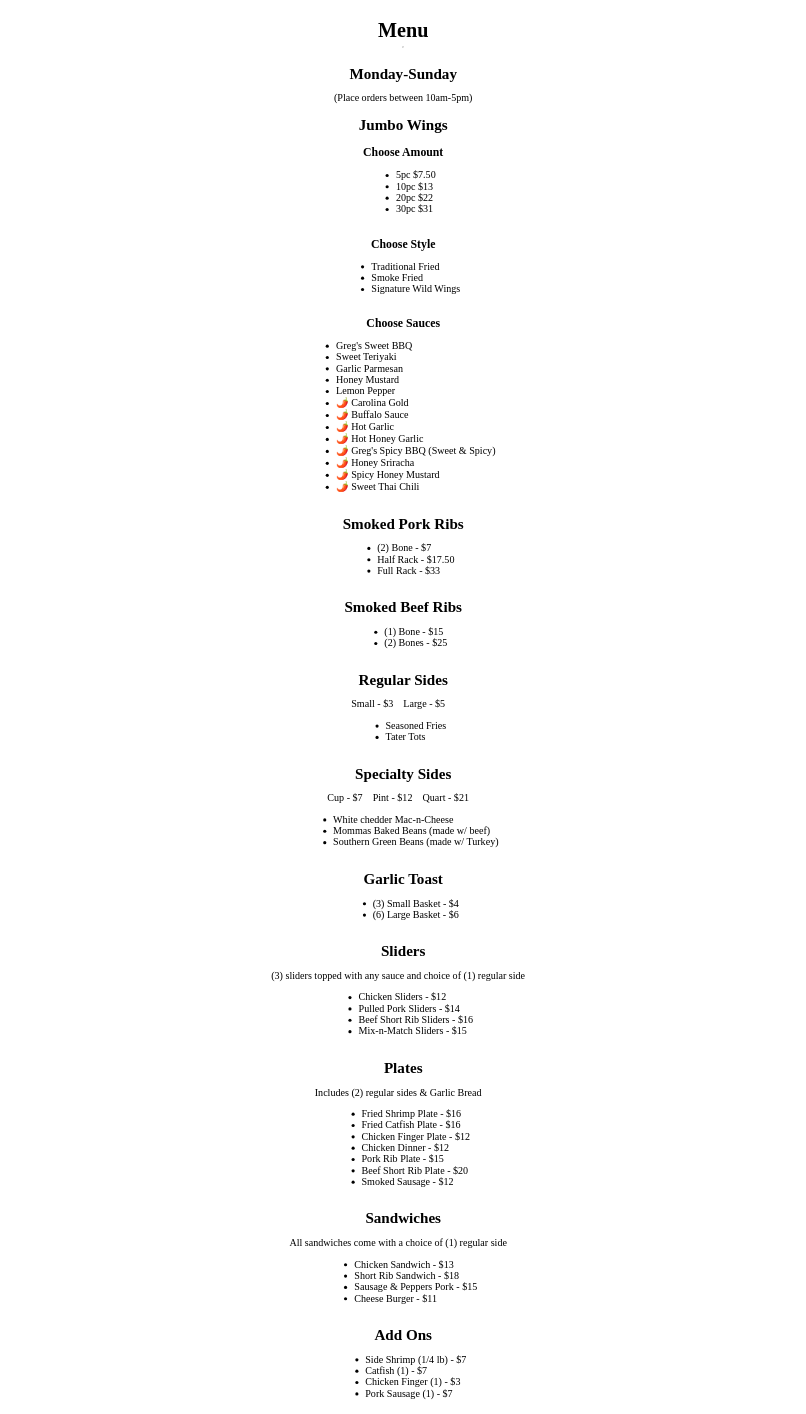
Repository: dukedward/smokehousemenu
Page: index.html
An editor plug-in stored every save of this project. The page is shown before and after the next save, followed by the edit.
The browser window is 1280 px wide. The pictures show the whole page, at 63% of full size.

Above is the page before, as saved 2023-02-28 14:48:34.

### index.html
<!DOCTYPE html>
<html lang="en">
<head>
    <meta charset="UTF-8">
    <meta http-equiv="X-UA-Compatible" content="IE=edge">
    <meta name="viewport" content="wilih=device-wilih, initial-scale=1.0">
    <link rel="stylesheet" href="style.css" />
    <title>Small Plates</title>
</head>
<body>
    <div class="title">
        <h1>Menu</h1>
        <hr>
        <h2>Monday-Sunday</h2>
        <p>(Place orders between 10am-5pm)</p>
    </div>
    <div class="sections">
        <div class="sect">
            <h2>Jumbo Wings</h2>
            <div class="sub-sect">
                <h3>Choose Amount</h3>
                <ul>
                    <li>5pc $7.50</li>
                    <li>10pc $13</li>
                    <li>20pc $22</li>
                    <li>30pc $31</li>
                </ul>
            </div>
            <div class="sub-sect">
                <h3>Choose Style</h3>
                <ul>
                    <li>Traditional Fried</li>
                    <li>Smoke Fried</li>
                    <li>Signature Wild Wings</li>
                </ul>
            </div>
            <div class="sub-sect">
                <h3>Choose Sauces</h2>
                <ul>
                    <li>Greg's Sweet BBQ</li>
                    <li>Sweet Teriyaki</li>
                    <li>Garlic Parmesan</li>
                    <li>Honey Mustard</li>
                    <li>Lemon Pepper</li>
                    <li>🌶️ Carolina Gold</li>
                    <li>🌶️ Buffalo Sauce</li>
                    <li>🌶️ Hot Garlic</li>
                    <li>🌶️ Hot Honey Garlic</li>
                    <li>🌶️ Greg's Spicy BBQ (Sweet & Spicy)</li>
                    <li>🌶️ Honey Sriracha</li>
                    <li>🌶️ Spicy Honey Mustard</li>
                    <li>🌶️ Sweet Thai Chili</li>
                </ul>
            </div>
        </div>
        <div class="sect">
            <h2>Smoked Pork Ribs</h2>
            <ul>
                <li>(2) Bone - $7</li>
                <li>Half Rack - $17.50</li>
                <li>Full Rack - $33</li>
            </ul>
        </div>
        <div class="sect">
            <h2>Smoked Beef Ribs</h2>
            <ul>
                <li>(1) Bone - $15</li>
                <li>(2) Bones - $25</li>
            </ul>
        </div>
        <div class="sect">
            <h2>Regular Sides</h2>
            <div class="desc">
                <p>Small - $3</p>
                <p>Large - $5</p>
            </div>
            <ul>
                <li>Seasoned Fries</li>
                <li>Tater Tots</li>
            </ul>
        </div>
        <div class="sect">
            <h2>Specialty Sides</h2>
            <div class="desc">
                <p>Cup - $7</p>
                <p>Pint - $12</p>
                <p>Quart - $21</p>
            </div>
            <ul>
                <li>White chedder Mac-n-Cheese</li>
                <li>Mommas Baked Beans (made w/ beef)</li>
                <li>Southern Green Beans (made w/ Turkey)</li>
            </ul>
        </div>
        <div class="sect">
            <h2>Garlic Toast</h2>
            <ul>
                <li>(3) Small Basket - $4</li>
                <li>(6) Large Basket - $6</li>
            </ul>
        </div>
        <div class="sect">
            <h2>Sliders</h2>
            <div class="desc">
                <p>(3) sliders topped with any sauce and choice of (1) regular side</p>
            </div>
            <ul>
                <li>Chicken Sliders - $12</li>
                <li>Pulled Pork Sliders - $14</li>
                <li>Beef Short Rib Sliders - $16</li>
                <li>Mix-n-Match Sliders - $15</li>
            </ul>
        </div>
        <div class="sect">
            <h2>Plates</h2>
            <div class="desc">
                <p>Includes (2) regular sides & Garlic Bread</p>
            </div>
            <ul>
                <li>Fried Shrimp Plate - $16</li>
                <li>Fried Catfish Plate - $16</li>
                <li>Chicken Finger Plate - $12</li>
                <li>Chicken Dinner - $12</li>
                <li>Pork Rib Plate - $15</li>
                <li>Beef Short Rib Plate - $20</li>
                <li>Smoked Sausage - $12</li>
            </ul>
        </div>
        <div class="sect">
            <h2>Sandwiches</h2>
            <div class="desc">
                <p>All sandwiches come with a choice of (1) regular side</p>
            </div>
            <ul>
                <li>Chicken Sandwich - $13</li>
                <li>Short Rib Sandwich - $18</li>
                <li>Sausage & Peppers Pork - $15</li>
                <li>Cheese Burger - $11</li>
            </ul>
        </div>
        <div class="sect">
            <h2>Add Ons</h2>
            <ul>
                <li>Side Shrimp (1/4 lb) - $7</li>
                <li>Catfish (1) - $7</li>
                <li>Chicken Finger (1) - $3</li>
                <li>Pork Sausage (1) - $7</li>
            </ul>
        </div>
    </div>
</body>
</html>

### style.css
/* * {
	margin: 0;
	padding: 0;
} */

.title {
	display: flex;
	flex-direction: column;
	justify-content: center;
	align-items: center;
}

.title h1,h2,p {
    margin-bottom: 0;
}

.sections {
	display: grid;
	/* display: flex; */
	/* justify-content: center; */
	/* align-items: center; */
}

.sect, .sub-sect {
	display: flex;
	flex-direction: column;
	justify-content: center;
	align-items: center;
}

.sect h2,h3 {
    margin-bottom: 0;
}

.desc {
    display: flex;
    flex-direction: row;
    justify-content: space-between;
}

.desc p {
    padding-right: 1rem;
}

dt {
    font-size: medium;
    font-weight: bold;
}

dd {
    margin-bottom: 1rem;
}

After the next save:
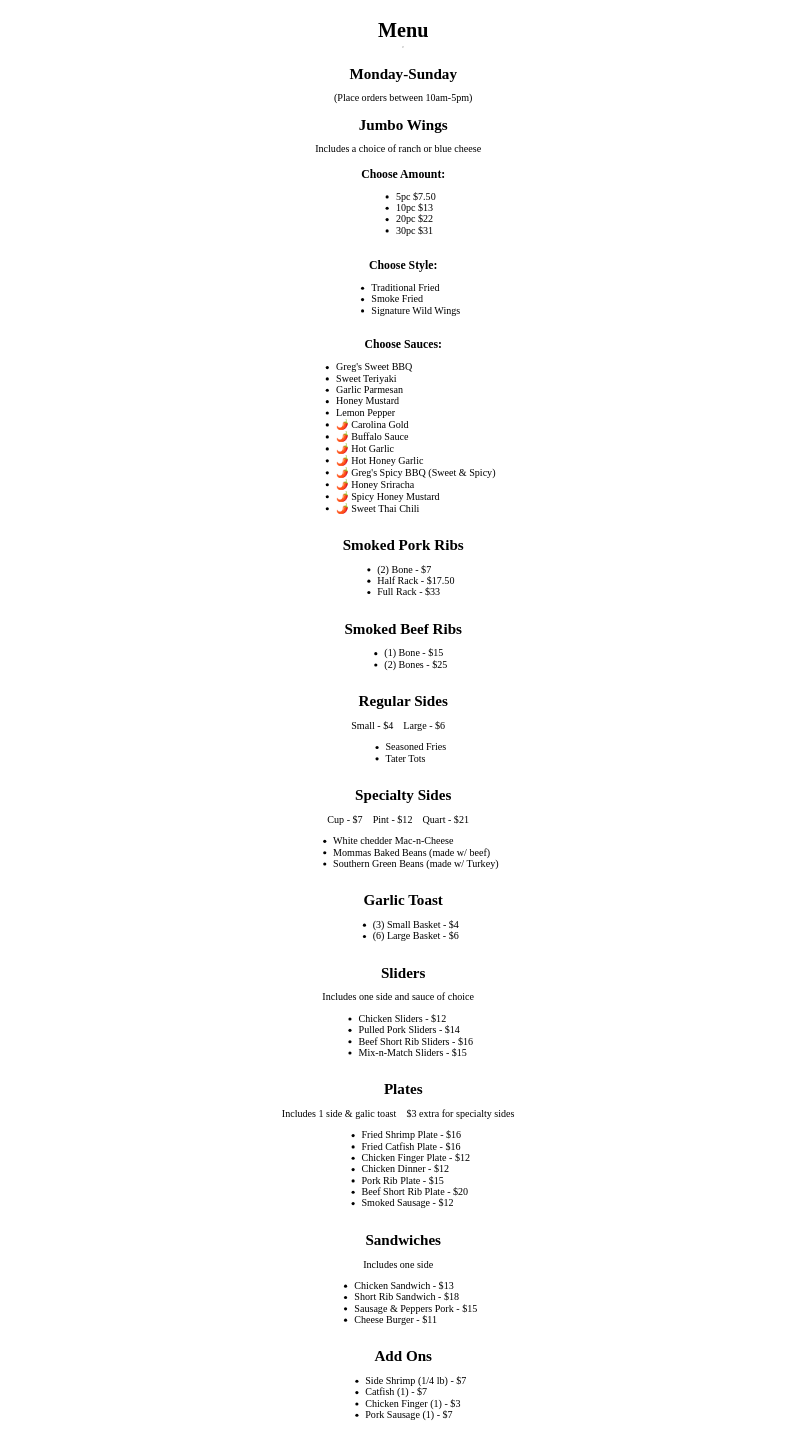
Saved 5 min 43 s later.
--- a/index.html
+++ b/index.html
@@ -17,8 +17,11 @@
     <div class="sections">
         <div class="sect">
             <h2>Jumbo Wings</h2>
+            <div class="desc">
+                <p>Includes a choice of ranch or blue cheese</p>
+            </div>
             <div class="sub-sect">
-                <h3>Choose Amount</h3>
+                <h3>Choose Amount:</h3>
                 <ul>
                     <li>5pc $7.50</li>
                     <li>10pc $13</li>
@@ -27,7 +30,7 @@
                 </ul>
             </div>
             <div class="sub-sect">
-                <h3>Choose Style</h3>
+                <h3>Choose Style:</h3>
                 <ul>
                     <li>Traditional Fried</li>
                     <li>Smoke Fried</li>
@@ -35,7 +38,7 @@
                 </ul>
             </div>
             <div class="sub-sect">
-                <h3>Choose Sauces</h2>
+                <h3>Choose Sauces:</h2>
                 <ul>
                     <li>Greg's Sweet BBQ</li>
                     <li>Sweet Teriyaki</li>
@@ -71,8 +74,8 @@
         <div class="sect">
             <h2>Regular Sides</h2>
             <div class="desc">
-                <p>Small - $3</p>
-                <p>Large - $5</p>
+                <p>Small - $4</p>
+                <p>Large - $6</p>
             </div>
             <ul>
                 <li>Seasoned Fries</li>
@@ -102,7 +105,7 @@
         <div class="sect">
             <h2>Sliders</h2>
             <div class="desc">
-                <p>(3) sliders topped with any sauce and choice of (1) regular side</p>
+                <p>Includes one side and sauce of choice</p>
             </div>
             <ul>
                 <li>Chicken Sliders - $12</li>
@@ -114,7 +117,8 @@
         <div class="sect">
             <h2>Plates</h2>
             <div class="desc">
-                <p>Includes (2) regular sides & Garlic Bread</p>
+                <p>Includes 1 side & galic toast</p>
+                <p>$3 extra for specialty sides</p>
             </div>
             <ul>
                 <li>Fried Shrimp Plate - $16</li>
@@ -129,7 +133,7 @@
         <div class="sect">
             <h2>Sandwiches</h2>
             <div class="desc">
-                <p>All sandwiches come with a choice of (1) regular side</p>
+                <p>Includes one side</p>
             </div>
             <ul>
                 <li>Chicken Sandwich - $13</li>
